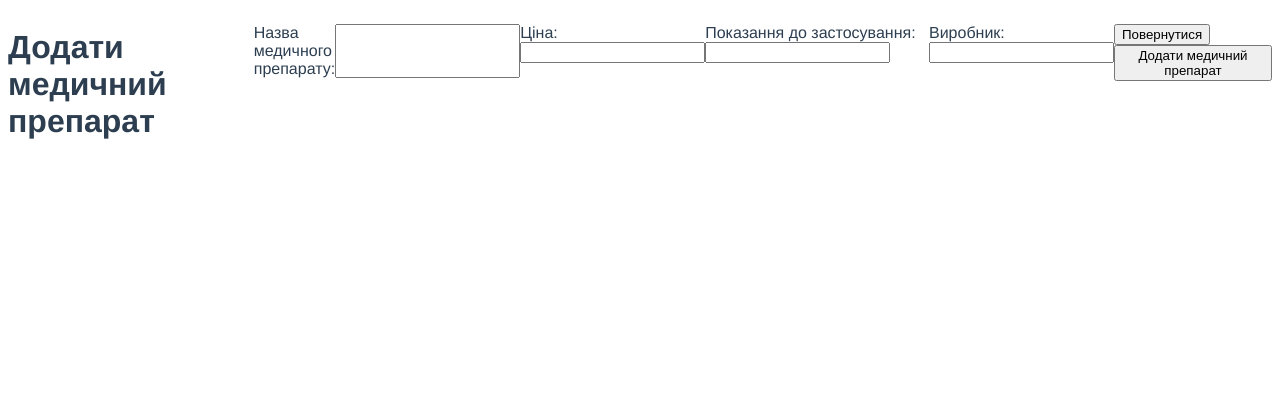
Repository: kristinap8/pharmacy
Page: /add_medicine
These files come from the project's save history. The page is drawn as it stood at one moment and after the next save; the edit follows.
The browser window is 1280 px wide. The pictures show the whole page.
The project was rebuilt for these pictures with package versions that can differ from the ones it lists, and the page was loaded fresh each time. Also part of the build but not shown: src/components/EditMedicineForm/index.vue, src/pages/EditMedicine/index.vue, src/components/MedicinesList/MedicineCard/index.vue, src/components/MedicinesList/index.vue, src/pages/AllMedicines/index.vue, src/components/CartForm/index.vue, src/pages/Cart/index.vue.

Above is the page before, as saved 2020-12-09 23:21:19.

### src/main.js
import Vue from 'vue'
import App from './App.vue'
import router from "./router"
import store from "./store"

Vue.config.productionTip = false

new Vue({
  store,
  router,
  render: h => h(App),
}).$mount('#app')

### src/App.vue
<template>
  <div id="app">
    <router-view/>
  </div>
</template>

<script>
export default {
  name: "App",
  components: {},
};
</script>

<style>
#app {
  font-family: Avenir, Helvetica, Arial, sans-serif;
  -webkit-font-smoothing: antialiased;
  -moz-osx-font-smoothing: grayscale;
  color: #2c3e50;
}
</style>

### src/router.js
import Vue from "vue";
import VueRouter from "vue-router";
import AddMedicine from "@/pages/AddMedicine";
import EditMedicine from "@/pages/EditMedicine";
import AllMedicines from "@/pages/AllMedicines";
import Cart from "@/pages/Cart";

Vue.use(VueRouter);

const routes=[
    {
        path:'/',
        name:'all-medicines',
        component:AllMedicines
    },
    {
        path:'/edit_medicine/:medicine_id',
        name:'edit-medicine',
        component:EditMedicine
    },
    {
        path:'/add_medicine',
        name:'add-medicine',
        component:AddMedicine
    },
    {
        path:'/cart',
        name:'cart',
        component:Cart
    },

]

const router=new VueRouter({
    mode:"history",
    routes
});

export default router;

### src/store/index.js
import Vue from "vue";
import Vuex from "vuex";
import { v4 as uuid_v4 } from 'uuid'

Vue.use(Vuex)
const store=new Vuex.Store({
    state:{
      medicinesList:[
          {
              id:1,
              name:'Но-шпа',
              price:60.48,
              requirements:"Спазми гладкої мускулатури, пов'язані з захворюваннями біліарного тракту: холецистолітіаз, холангіолітіаз, холецистит, перихолецистит, холангіт, папіліт. Спазми гладкої мускулатури при захворюваннях сечового тракту: нефролітіаз, уретролітіаз, пієліт, цистит, тенезми сечового міхура.",
              maker:"Chinoin (Угорщина)"

          },
          {
            id:2,
            name:"Діазолін",
            price:19.19,
            requirements:"Профілактика і лікування сезонного та алергічного риніту, полінозу, кропив'янки, харчової та медикаментозної алергії, дерматозів, що супроводжуються свербежем шкіри (екзема, нейродерміт).",
            maker:"Фармак ОАО (Україна, Київ)"

        },
        {
            id:3,
            name:"Амоксил",
            price:81.77,
            requirements:"Інфекції органів дихання, сечостатевої системи, травного тракту (у тому числі у комбінації з метронідазолом або кларитроміцином застосовують для лікування захворювань, асоційованих із Helicobacter pylori), шкіри та м’яких тканин, спричинені чутливими до лікарського засобу мікроорганізмами.",
            maker:"Киевмедпрепарат ОАО (Україна, Київ)"

        }
      ],
      cart:[],
      cartItemsCount:0
    },
    mutations:{
        addMedicine(state, data) {
            state.medicinesList.push({
             id: uuid_v4(),
             ...data,
           })
         },
         deleteMedicine(state,id){
             let medicines=state.medicinesList.filter(medicine=>medicine.id!=id)
             state.medicinesList=medicines;
         },
         editMedicine(state,medicine){
             state.medicinesList.forEach(m=>{
                 if(m.id==medicine.id){
                     m=medicine;
                 }
             } )
         },
         addToCart(state,medicine){
            let isMedicineExists=state.cart.find(m => m.id == medicine.id);

            if (isMedicineExists) {
                isMedicineExists.quantity ++;
                isMedicineExists.totalPrice = (isMedicineExists.quantity * isMedicineExists.price).toFixed(2);
            } else {
                state.cart.push(medicine);

                Vue.set(medicine, 'quantity', 1);
                Vue.set(medicine, 'totalPrice', medicine.price);
            }
             state.cartItemsCount++
         },
         deleteItemFromCart(state,medicine){
            let index = state.cart.indexOf(medicine);
            if (index > -1) {
                let item= state.cart[index];
                state.cartItemsCount -= item.quantity;
                state.cart.splice(index, 1);
            }
         }
    },
    actions:{
        addMedicine({ commit }, medicine) {
            commit('addMedicine', medicine)
         },
          deleteMedicine({commit},id){
              commit('deleteMedicine',id)
          },
          editMedicine({commit},medicine){
              commit('editMedicine',medicine)
          },
          addToCart({commit},medicine){
              commit('addToCart',medicine)
          },
          deleteItemFromCart({commit},medicine){
              commit("deleteItemFromCart",medicine)
          }

    },
    getters:{
        getMedicines:(state)=> state.medicinesList,
        getMedicineById:(state)=>(id)=>{return state.medicinesList.find(m=>m.id===id)},
        getMedicinesInCart:(state)=>state.cart,
     },
    modules:{

    }
})

export default store

### src/pages/AddMedicine/index.vue
<template>
    <div>
       <add-medicine-form/>
    </div>
</template>

<script>
import AddMedicineForm from "../../components/AddMedicineForm"
    export default {
        name:"AddMedicine",
        components: {
            AddMedicineForm,
        },
    }
</script>

<style lang="scss" scoped>

</style>

### src/components/AddMedicineForm/index.vue
<template>
    <div class="form">
        <h1>Додати медичний препарат</h1>
      <p>
    <label class="form">
        Назва медичного препарату:
        <input type="text" v-model="name"/>
    </label>
    </p>
    <p>
    <label>
        Ціна:
        <input type="number" v-model="price"/>
    </label>
    </p>
    <p>
    <label>
        Показання до застосування:
        <input type="text" v-model="requirements"/>
    </label>
    </p>
    <p>
    <label>
        Виробник:
        <input type="text" v-model="maker"/>
    </label>
    </p>
    <p>
    <router-link to="/" tag="button" >Повернутися</router-link>
    <button @click="onAddMedicine" >
        Додати медичний препарат
    </button>
    </p>
    </div>
</template>

<script>
import { mapActions } from 'vuex'

    export default {
        name:"AddMedicineForm",
        data() {
            return {
            name: null,
            price: null,
            requirements: null,
            maker: null,
            }
        },
        methods: {
            ...mapActions(['addMedicine']),
            onAddMedicine() {
                const{name,price,requirements,maker}=this
                this.addMedicine({
                    name,
                    price,
                    requirements,
                    maker
                })
                this.$router.push('/')
            }
        },
    }
</script>

<style lang="scss" scoped>
.form{
    display:flex
}
</style>

Loaded but not shown: public/index.html (common file)

After the next save:
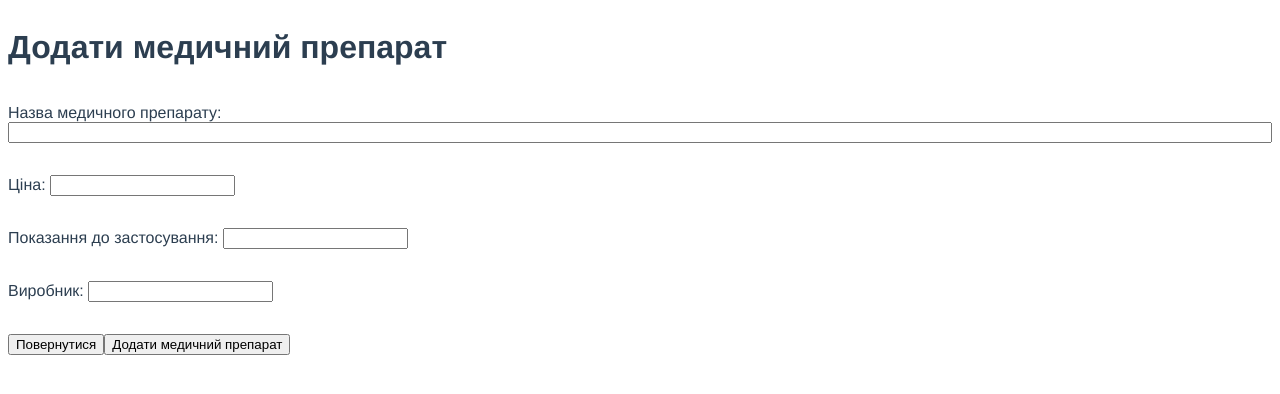
Saved 13 s later.
--- a/src/components/AddMedicineForm/index.vue
+++ b/src/components/AddMedicineForm/index.vue
@@ -65,6 +65,6 @@ import { mapActions } from 'vuex'
 
 <style lang="scss" scoped>
 .form{
-    display:flex
+    display:grid
 }
 </style>
